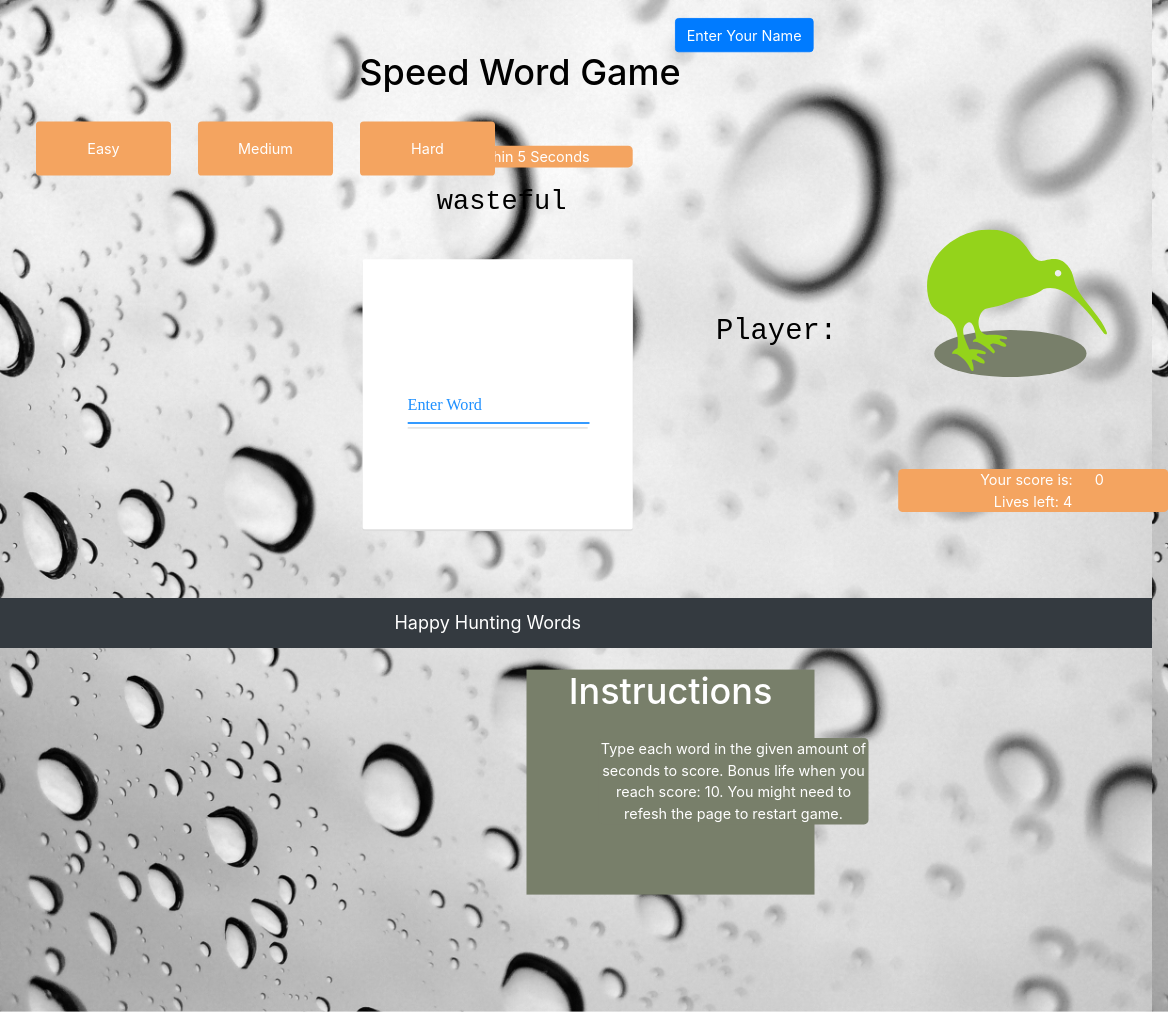
Repository: konstantin0s/word-game-project
Page: modal.html
An editor plug-in stored every save of this project. The page is shown before and after a run of saves, followed by the edit.
The browser window is 1280 px wide. The page is 1298 px wide, so the pictures cover 1298 px, including what lies to the right of the window. The pictures show the whole page, at 90% of full size.
Backgrounds fixed to the window are drawn as part of the page. Some web libraries are served in a nearby version.

Above is the page before, as saved 2019-02-13 16:54:04.
Console error: ReferenceError: cancelLevel1 is not defined

### modal.html
<!DOCTYPE html>
<html lang="en">

<head>

  <meta charset="utf-8">
  <meta name="viewport" content="width=device-width, initial-scale=1, shrink-to-fit=no">
  <meta name="description" content="">
  <meta name="author" content="">

  <title>Speed Word Game</title>
  <!-- <link rel="stylesheet" href="https://maxcdn.bootstrapcdn.com/bootstrap/3.4.0/css/bootstrap.min.css"> -->
  <script src="https://ajax.googleapis.com/ajax/libs/jquery/3.3.1/jquery.min.js"></script>
  <script src="https://maxcdn.bootstrapcdn.com/bootstrap/3.4.0/js/bootstrap.min.js"></script>
  <script src="https://cdnjs.cloudflare.com/ajax/libs/p5.js/0.7.3/p5.js"></script>
  <!-- Bootstrap core CSS -->
  <link href="vendor/bootstrap/css/bootstrap.min.css" rel="stylesheet">

  <!-- Custom styles for this template -->
  <link href="css/the-big-picture.css" rel="stylesheet">
  <link rel="stylesheet" href="css/style.css">

</head>

<body>

  <!-- Navigation -->
  <nav class="navbar navbar-expand-lg navbar-dark bg-dark fixed-bottom">
    <div class="container">
      <a class="navbar-brand" href="#">Happy Hunting Words</a>
      <button class="navbar-toggler" type="button" data-toggle="collapse" data-target="#navbarResponsive" aria-controls="navbarResponsive" aria-expanded="false" aria-label="Toggle navigation">
        <span class="navbar-toggler-icon"></span>
      </button>
      <div class="collapse navbar-collapse" id="navbarResponsive">
      </div>
    </div>
  </nav>



<!-- Button trigger modal -->
<button type="button" id="clearPlayer" class="btn btn-primary" data-toggle="modal" data-target="#exampleModalCenter">
    Enter Your Name
  </button>

  <!-- Modal -->
  <div class="modal fade" id="exampleModalCenter" tabindex="-1" role="dialog" aria-labelledby="exampleModalCenterTitle" aria-hidden="true">
    <div class="modal-dialog modal-dialog-centered" role="document">
      <div class="modal-content">
        <div class="modal-header">
          <h5 class="modal-title" id="exampleModalLongTitle">Player Name</h5>
          <button type="button" class="close" data-dismiss="modal" aria-label="Close">
            <span aria-hidden="true">&times;</span>
          </button>
        </div>
        <div class="modal-body">
            <h3 id="playerN">Enter Your Name</h3>
            <input id="name" onchange="say_hi()">
        </div>
      </div>
    </div>
  </div>
<h2 id="user">
  Player:
</h2>

<div id="output"></div>

  <!-- Page Content -->
  <section>
    <div class="container">
      <div class="row">
        <div class="col-lg-6">
          <h1 class="mt-5">Speed Word Game</h1>
          <p class="type">Type The Word Within
            <span id="sec"></span>
            Seconds</p>
          <div id="wordsDisplay">

          </div>
          <div id="time">
           <p>Time left:</p> <span id="timeLeft"></span>
          </div>
          <div id="userDetails">
             Your score is: <span id="score">0</span><br>
             Lives left: <span id="lives">3</span>
          </div>
          <div class="wrapper">
            <input class="input" id="inputWord" onchange="compareGuess()" placeholder="Enter Word" type="text"  autofocus>
            <span class="underline"></span>
        </div>
        </div>
      </div>
    </div>
  </section>

  <div id="corWrong"></div>

   <div class="levels">
     <ul class="gLevel">
       <li>Easy</li>
       <li>Medium</li>
       <li>Hard</li>
     </ul>
   </div>

   <p id="messageP"></p>
  <svg version="1.1" id="Layer_1" xmlns="http://www.w3.org/2000/svg" xmlns:xlink="http://www.w3.org/1999/xlink" x="0px" y="0px"
  width="612px" height="502.174px" viewBox="0 65.326 612 502.174" enable-background="new 0 65.326 612 502.174"
  xml:space="preserve" class="logo">

<ellipse class="ground" cx="283.5" cy="487.5" rx="259" ry="80"/>
<path class="kiwi" d="M210.333,65.331C104.367,66.105-12.349,150.637,1.056,276.449c4.303,40.393,18.533,63.704,52.171,79.03
 c36.307,16.544,57.022,54.556,50.406,112.954c-9.935,4.88-17.405,11.031-19.132,20.015c7.531-0.17,14.943-0.312,22.59,4.341
 c20.333,12.375,31.296,27.363,42.979,51.72c1.714,3.572,8.192,2.849,8.312-3.078c0.17-8.467-1.856-17.454-5.226-26.933
 c-2.955-8.313,3.059-7.985,6.917-6.106c6.399,3.115,16.334,9.43,30.39,13.098c5.392,1.407,5.995-3.877,5.224-6.991
 c-1.864-7.522-11.009-10.862-24.519-19.229c-4.82-2.984-0.927-9.736,5.168-8.351l20.234,2.415c3.359,0.763,4.555-6.114,0.882-7.875
 c-14.198-6.804-28.897-10.098-53.864-7.799c-11.617-29.265-29.811-61.617-15.674-81.681c12.639-17.938,31.216-20.74,39.147,43.489
 c-5.002,3.107-11.215,5.031-11.332,13.024c7.201-2.845,11.207-1.399,14.791,0c17.912,6.998,35.462,21.826,52.982,37.309
 c3.739,3.303,8.413-1.718,6.991-6.034c-2.138-6.494-8.053-10.659-14.791-20.016c-3.239-4.495,5.03-7.045,10.886-6.876
 c13.849,0.396,22.886,8.268,35.177,11.218c4.483,1.076,9.741-1.964,6.917-6.917c-3.472-6.085-13.015-9.124-19.18-13.413
 c-4.357-3.029-3.025-7.132,2.697-6.602c3.905,0.361,8.478,2.271,13.908,1.767c9.946-0.925,7.717-7.169-0.883-9.566
 c-19.036-5.304-39.891-6.311-61.665-5.225c-43.837-8.358-31.554-84.887,0-90.363c29.571-5.132,62.966-13.339,99.928-32.156
 c32.668-5.429,64.835-12.446,92.939-33.85c48.106-14.469,111.903,16.113,204.241,149.695c3.926,5.681,15.819,9.94,9.524-6.351
 c-15.893-41.125-68.176-93.328-92.13-132.085c-24.581-39.774-14.34-61.243-39.957-91.247
 c-21.326-24.978-47.502-25.803-77.339-17.365c-23.461,6.634-39.234-7.117-52.98-31.273C318.42,87.525,265.838,64.927,210.333,65.331
 z M445.731,203.01c6.12,0,11.112,4.919,11.112,11.038c0,6.119-4.994,11.111-11.112,11.111s-11.038-4.994-11.038-11.111
 C434.693,207.929,439.613,203.01,445.731,203.01z"/>
<filter id="pictureFilter" >
 <feGaussianBlur stdDeviation="15" />
</filter>
</svg>


<div class="instructions">
  <h1>Instructions</h1>
  <p>Type each word in the given amount of seconds to score.
    Bonus life when you reach score: 10.
    You might need to refesh the page to restart game.
  </p>
</div>

  <!-- Bootstrap core JavaScript -->
  <script src="vendor/jquery/jquery.min.js"></script>
  <script src="vendor/bootstrap/js/bootstrap.bundle.min.js"></script>
  <script src="js/main.js"></script>

</body>

</html>

### css/the-big-picture.css
/*!
 * Start Bootstrap - The Big Picture (https://startbootstrap.com/template-overviews/the-big-picture)
 * Copyright 2013-2019 Start Bootstrap
 * Licensed under MIT (https://github.com/BlackrockDigital/startbootstrap-the-big-picture/blob/master/LICENSE)
 */
body {
  background: url('../img/drop.jpg') no-repeat center center fixed;
  -webkit-background-size: cover;
  -moz-background-size: cover;
  background-size: cover;
  -o-background-size: cover;
}

### css/style.css
body {
  margin: 0;
  padding: 0;
  z-index: 40;
  overflow-x: hidden;
}

.container {
  display: flex;
  flex-direction: column;
  justify-content: center;

}

.container .type {
   position: relative;
   top: 20px;
}
.mt-5 {
  color: black;
  text-align: center;
  position: relative;
  top: -30px;
  left: 290px;
}
.wrapper {
  background-color: #FFF;
  border-radius: 2px;
  box-shadow: 0px 2px 1px 0px #DDD;
  box-sizing: border-box;
  height: 300px;
  left: 550px;
  margin: -150px 0 0 -150px;
  position: absolute;
  top: 400px;
  width: 300px;

}

.input {
  background-color: transparent;
  border: none;
  border-bottom: 1px solid #CCC;
  color: #555;
  box-sizing: border-box;
  font-family: 'Arvo';
  font-size: 18px;
  height: 50px;
  left: 50%;
  margin: -25px 0 0 -100px;
  padding: 10px 0px;
  position: relative;
  top: 50%;
  width: 200px;

  &:focus {
    outline: none;
  }
}

input::-webkit-input-placeholder {
  color: #AAA;
}

input:focus::-webkit-input-placeholder {
  color: dodgerblue;
}

.input:focus+.underline {
  transform: scale(1);
}

.underline {
  background-color: dodgerblue;
  display: inline-block;
  height: 2px;
  left: 50px;
  margin-top: -4px;
  position: absolute;
  top: 185px;
  -webkit-transform: scale(0, 1);
  transform: scale(0, 1);
  -webkit-transition: all 0.5s linear;
  transition: all 0.5s linear;
  width: 202px;
}


font {
  color: white;
}

#wordsDisplay {
  position: relative;
  top: 20px;
  left: 387px;
  color: black;
  font-family: 'Courier New', Courier, monospace;
  font-size: 30px;
  width: 305px;
  text-align: center;
}
#userDetails {
  position: relative;
  top: 230px;
 float: right;
 /* left: 500px; */
 left: 740px;
  color: white;
  background-color: sandybrown;
  width: 300px;
  text-align: center;
  border-radius: 5px;
}

#score {
  position: relative;
  top: 0px;
  left: 20px;
  color: white;
  background-color: sandybrown;
}

#time {
  text-align: center;
}

 p {
  position: relative;
  top: 450px;
  left: 385px;
  color: white;
  background-color: sandybrown;
  width: 300px;
  border-radius: 5px;
 }

#timeLeft {
  position: relative;
  top: 400px;
  left: 330px;
  color: white;
  background-color: sandybrown;
}

.sec {
  position: relative;
  top: 400px;
  left: 330px;
  color: white;
  background-color: sandybrown;
}

b {
  color: black;
  text-transform: capitalize;;
}

#user {
  position: relative;
  top: 350px;
  right: 350px;
  float: right;
  color: black;
  font: 33px;
  font-family: 'Courier New', Courier, monospace;
}

#output {
  position: relative;
  color: black;
  float: right;
  right: 250px;
  font-size:28px;
  top: 410px;
}

#playerN {
  color: black;
}

.newP {
  position: relative;
  left: 40px;
  top: 120px;
}

.navbar-brand {
  position: relative;
  left: -90px;
}


@import "compass/css3";

.logo {
  position: relative;
  width: 200px;
  height: 164px;
  left: 450px;
  top: -100px;
}

.kiwi {
  fill: #94d31b;

}
.kiwi:hover {
  fill: #ace63c;
}

.ground {
  fill: #787f6a;
}
.ground:hover {
  filter: url(#pictureFilter);
  fill: #896d3d;
}

#messageP {
  position: relative;
  top: -50px;
  width: 100px;
  left: 500px;
}

.instructions {
  background-color: #787f6a;
  width: 25%;
  height: 250px;
  color: white;
  position: relative;
  left: 580px;
  top: 220px;
  margin: 5px;
  text-align: center;
  margin-bottom: 350px;
}

.instructions p {
  background-color: #787f6a;
  position: relative;
  left: 80px;
  top: 20px;
  width: 1005;
  text-align: center;
}

#clearPlayer {
  position: relative;
  top: 20px;
  left: 750px;
}

#corWrong {
  position: relative;
  left: 780px;
  top: 270px;
  color: black;
  font: 30px;
}

.gLevel {
  list-style: none;
  top: -220px;
  position: relative;
}

.gLevel li {
    float: left;
    list-style: none;
    text-align: center;
    background-color: sandybrown;
    margin-right: 30px;
    width: 150px;
    line-height: 60px;
  }

  .gLevel li {
    text-decoration: none;
    color: #FFFFFF;
    display: block;
    border-radius: 4px;
    cursor: pointer;
  }

  .gLevel li:hover {
    text-decoration: none;
    color: #000000;
    background-color: #33B5E5;
  }

#modalContainer {
	background-color:rgba(0, 0, 0, 0.3);
	position:absolute;
  top:0;
	width:100%;
	height:100%;
	left:0px;
	z-index:10000;
  /* background: url('../img/drop.jpg') no-repeat center center fixed;required by MSIE to prevent actions on lower z-index elements */
}

#alertBox {
	position:relative;
  width:43%;
  height: 25%;
	min-height:100px;
  max-height:400px;
	margin-top:50px;
	border:1px solid #fff;
	background-color:#fff;
	background-repeat:no-repeat;
  top:30%;
  left: 500px;
}

#modalContainer > #alertBox {
  position:fixed;
}

#alertBox h1 {
	margin:0;
	font:bold 1em Raleway,arial;
	background-color:#f97352;
  color:#FFF;
  text-align: center;
	border-bottom:1px solid #f97352;
	padding:10px 0 10px 5px;
}

#alertBox p {
 height:50px;
	padding-left:5px;
  padding-top:30px;
  text-align:center;
   vertical-align:middle;
  visibility: hidden;
}

#alertBox #closeBtn {
	display:block;
	position:relative;
	margin:10px auto 10px auto;
  padding:7px;
	border:0 none;
	width:170px;
	text-transform:uppercase;
	text-align:center;
	color:#FFF;
	background-color:#f97352;
	border-radius: 0px;
	text-decoration:none;
  outline:0!important;
} */

/* unrelated styles */

 /* #mContainer {
  position:relative;
	width:600px;
	margin:auto;
	padding:5px;
	border-top:2px solid #fff;
	border-bottom:2px solid #fff;
}

h1,h2 {
	margin:0;
  padding:4px;
}

code {
	font-size:1.2em;
	color:#069;
}

#credits {
	position:relative;
	margin:25px auto 0px auto;
	width:350px;
	font:0.7em verdana;
	border-top:1px solid #000;
	border-bottom:1px solid #000;
	height:90px;
	padding-top:4px;
}

#credits img {
	float:left;
	margin:5px 10px 5px 0px;
	border:1px solid #000000;
	width:80px;
	height:79px;
}

.important {
	background-color:#F5FCC8;
	padding:2px;

}

@media (max-width: 600px)
{
  #alertBox {
	position:relative;
	width:90%;
  top:30%;
}
} */

### js/main.js
function say_hi() {
  var name = document.getElementById("name").value;
  var html = "<b>" + name + "</b> ";
 document.getElementById("output").innerHTML = html;
}

function clearPlayer() {
  document.getElementById("name").value = "";
  var input = document.getElementById("name");
  input.style.visibility = "hidden";
  var playerN = document.getElementById("playerN");
  playerN.style.visibility = "hidden";
  var clearPlayer = document.getElementById("clearPlayer");
  clearPlayer.style.visibility = "hidden";
  var exampleModalCenter = document.getElementById("exampleModalCenter");
  exampleModalCenter.style.visibility = "none";
  var modalContent = document.getElementsByClassName("modal-content");
  modalContent.style.visibility = "hidden";
}

  (function() {
    setInterval(function(){
      clearPlayer();
    }, 10000);
}());

  var wordGeneratorLevel1 = function() {
    setInterval(function(){
      generate();
    }, 5000);
    timer();
    cancelLevel1();
  }

  function wordGeneratorLevel2() {
    setInterval(function(){
      generateLevel2()
    }, 5000);
    timer();
}

  var wordsLevel1 = [
    "clever", "amongst", "implementing", "intelectual", "sensual", "amazing", "beautify", "project", "tall",
"curl", "rate", "busy", "unusual", "extend", "exclusive", "ray", "shy", "wasteful", "unbecoming", "fallacious",
"toothbrush", "bounce", "brightwork", "verkrampte", "protectrix", "nudibranch", "grandchild", "newfangled", "flugelhorn", "mythologer"
     ];

     var wordsLevel2 = [
      "jackhammer",
     "brightwork", "verkrampte", "protectrix", "nudibranch", "grandchild", "newfangled", "flugelhorn", "mythologer",
     "pluperfect", "jellygraph", "quickthorn", "rottweiler", "technician", "cowpuncher", "middlebrow",
     "jackhammer", "triphthong", "wunderkind", "dazzlement", "jabberwock", "witchcraft","pawnbroker", "thumbprint", "motorcycle"
       ];


  var randomDiv = document.getElementById("wordsDisplay");
  var addScore = document.getElementById("score");
  var freshLives = document.getElementById("lives");
  var timeLeft = document.getElementById("timeLeft");
  var svgLogo = document.getElementById("Layer_1");
   var messagePlayer = document.getElementById("messageP");
   var corWrong = document.getElementById("corWrong");
   var dinaSec = document.getElementById("sec");
  var randomIndex;
  var newText;
  var score = 0;
  var lives = 5;
  var seconds = 5;

  const levels = {
    easy: 6,
    medium: 4,
    hard: 2
  }

  const currentLevel = levels.medium;


  function flashLogo() {
    var interval = window.setInterval(function(){
      if(svgLogo.display !== "hidden"){
        svgLogo.style.visibility = "hidden";

      }else{
        svgLogo.style.visibility = "hidden";
      }
  }, 1000);
  }

  function checkLife() {
    if (lives == 0) {
      createCustomAlert(); // game over
      score = 0;
      addScore.textContent = "0"
      resetInput();
      lives = 5;
      freshLives.innerHTML = lives;
    }
  }


  function generate() {
   randomIndex = Math.ceil((Math.random() * wordsLevel1.length - 1));
   newText = wordsLevel1[randomIndex];
   randomDiv.innerHTML = newText;

  }

  function generateLevel2() {
    randomIndex = Math.ceil((Math.random() * wordsLevel2.length - 1));
    newText = wordsLevel2[randomIndex];
    randomDiv.innerHTML = newText;
   }

  var flag;
  function compareGuess() {
    var searchWord = document.getElementById("inputWord").value;
    var wordName = document.getElementById("wordsDisplay");
    flag = false;
         if (searchWord == wordName.innerHTML && seconds > 0) {
          corWrong.innerHTML = "Correct!!!"
          wordName.style.height = "40px";
           wordName.style.backgroundColor = "yellow";
           score++;
           addScore.textContent = score;
           flag = true;
           if (score >= 10 && score <= 11) {
            var audio = new Audio('https://interactive-examples.mdn.mozilla.net/media/examples/t-rex-roar.mp3');
            audio.play();
             lives++
             freshLives.innerHTML = lives;
            flashLogo();
            messagePlayer.innerHTML = "I'm Outta Here :)";
           }
           clearInterval(timer);
           setInterval(function(){
            wordName.style.backgroundColor = "";
          }, 1500);
          resetInput();
             flag = true;
         } else {
           wordName.style.backgroundColor = "";
         }

         if (flag == false) {
          lives--;
          freshLives.innerHTML = lives;
          corWrong.innerHTML = "Wrong!!!"
          resetInput();
         }
         checkLife();
      }

      function timer() {
        setInterval(function(){
          seconds--;
          dinaSec.innerHTML = seconds;
          timeLeft.innerHTML = seconds;
          if (seconds == 0 && !flag) {
            lives--;
          }
           if(seconds == 0) {
            freshLives.innerHTML = lives;
            seconds = currentLevel + 1;
            dinaSec.innerHTML = seconds;
            timeLeft.innerHTML = seconds;
            checkLife();
            flag = false;
           }
      }, 1000);
      }

var res = false;
 function resetInput() {
   res = true;
  document.getElementById("inputWord").value = "";
  // corWrong.innerHTML = "";
  }


  function init() {
    wordGeneratorLevel1();
    lives = 5;
    freshLives.innerHTML = lives;
   }


 window.onload = init;

 var ALERT_TITLE = "Game Over!\n Restart?";
var ALERT_BUTTON_TEXT = "Ok";

if(document.getElementById) {
	window.alert = function(txt) {
    createCustomAlert(txt);
	}
}

function createCustomAlert(txt) {
	d = document;

  if(d.getElementById("modalContainer"))
   return;

	mObj = d.getElementsByTagName("body")[0].appendChild(d.createElement("div"));
	mObj.id = "modalContainer";
	mObj.style.height = d.documentElement.scrollHeight + "px";

	alertObj = mObj.appendChild(d.createElement("div"));
	alertObj.id = "alertBox";
	if(d.all && !window.opera) alertObj.style.top = document.documentElement.scrollTop + "px";
	alertObj.style.left = (d.documentElement.scrollWidth - alertObj.offsetWidth)/2 + "px";
  alertObj.style.visiblity="visible";
  alertObj.style.left="480px";

	h1 = alertObj.appendChild(d.createElement("h1"));
	h1.appendChild(d.createTextNode(ALERT_TITLE));

	msg = alertObj.appendChild(d.createElement("p"));
	//msg.appendChild(d.createTextNode(txt));
  msg.innerHTML = txt;
  audio = new Audio('http://www.project818.com/files/music/TI-Justin-Timberlake-Dead-and-Gone.mp3');
  audio.play();

	btn = alertObj.appendChild(d.createElement("a"));
	btn.id = "closeBtn";
	btn.appendChild(d.createTextNode(ALERT_BUTTON_TEXT));
	btn.href = "#";
	btn.focus();
  btn.onclick = function() { removeCustomAlert();
      audio.pause();
      window.location.href = "http://127.0.0.1:5500/index.html";
    return false; }

	alertObj.style.display = "block";

}

function removeCustomAlert() {
  document.getElementsByTagName("body")[0].removeChild(document.getElementById("modalContainer"));


}
function ful(){
alert('Game Over!!!');
}

Loaded but not shown: vendor/bootstrap/css/bootstrap.min.css (library); vendor/jquery/jquery.min.js (library); vendor/bootstrap/js/bootstrap.bundle.min.js (library)

After the next 2 saves:
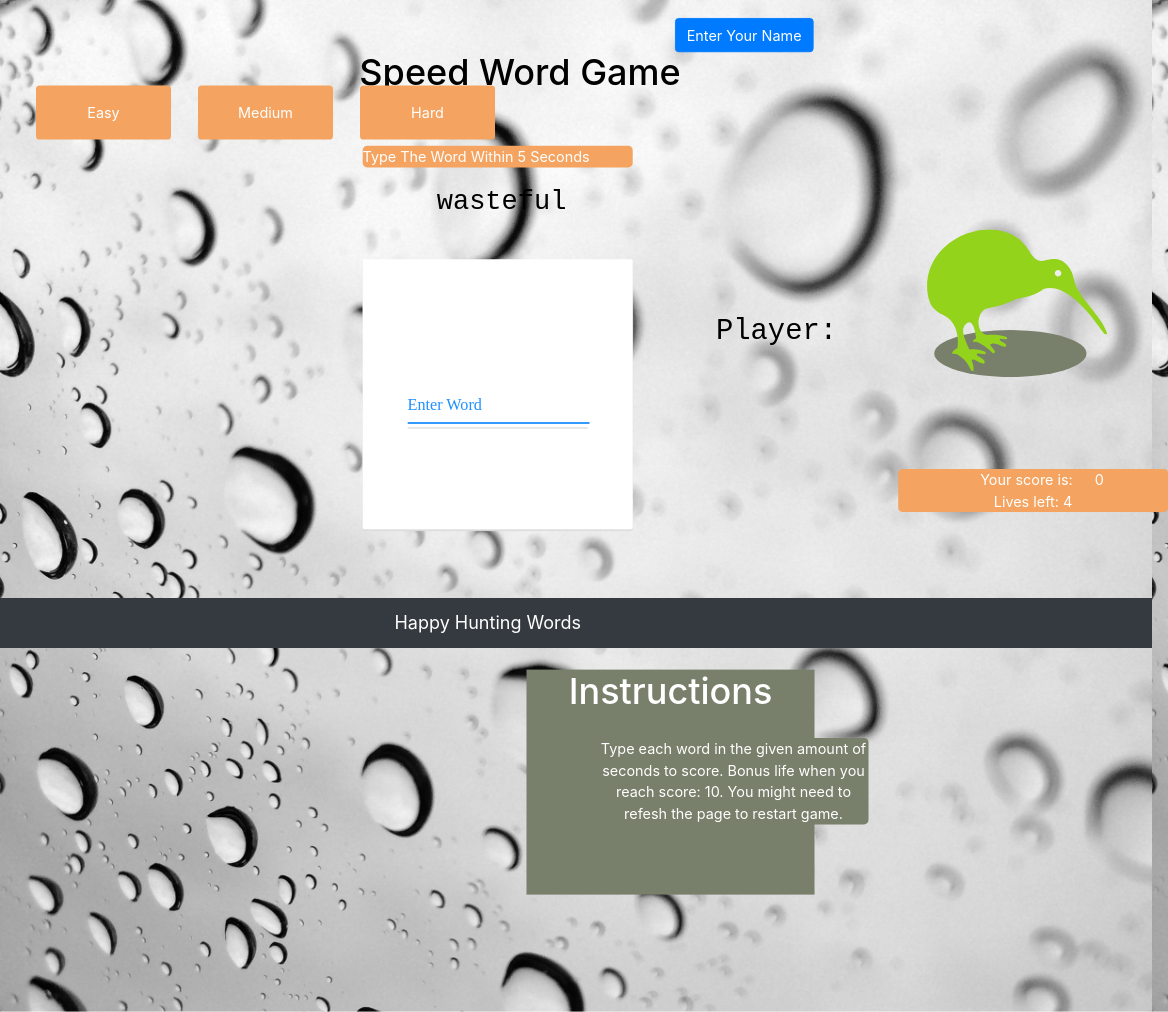
The 2 saves are shown as one change because they came seconds apart.
The last was saved 9 s later.
--- a/css/style.css
+++ b/css/style.css
@@ -262,7 +262,7 @@ b {
 
 .gLevel {
   list-style: none;
-  top: -220px;
+  top: -260px;
   position: relative;
 }
 
